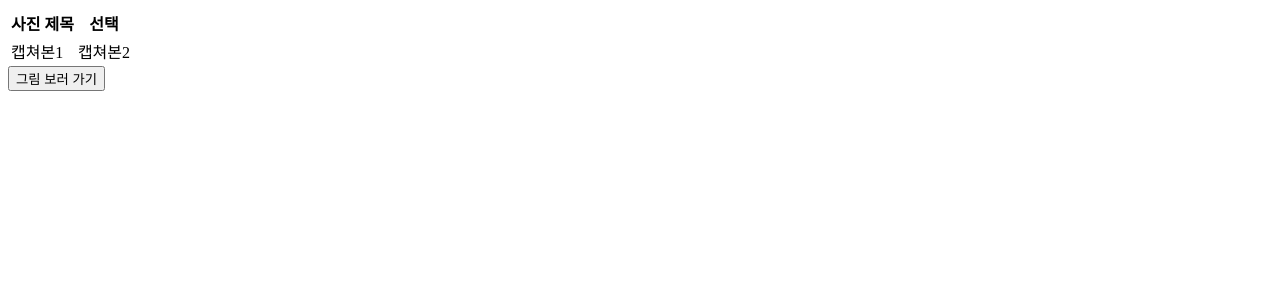
Repository: gowjd4419/jsp
Page: http://localhost/JSPBasic/jspobject/request/req_photo.jsp
The author's editor kept a copy of each file at every save. The page is drawn from the files as they stood at one save, then again after the next save.
The browser window is 1280 px wide. The pictures show the whole page.
The page is served by Tomcat 9.

Above is the page before, as saved 2022-03-25 11:46:17.

After the next save:
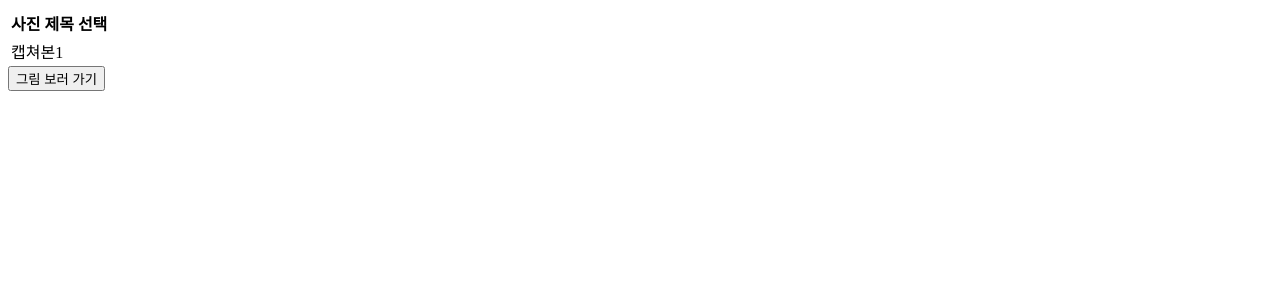
Saved 65 s later.
--- a/JSPBasic/src/main/webapp/jspobject/request/req_photo.jsp
+++ b/JSPBasic/src/main/webapp/jspobject/request/req_photo.jsp
@@ -17,14 +17,14 @@
     그림파일은 <img src="파일명(01.pang나 02.pang)">을 이용해 출력가능
     --%>
     <form action=http://localhost:8181/JSPBasic/jspobject/request/req_photo_result.jsp >
-    <table>
+    <table class= "table table dark">
       <tr>
         <th>사진 제목</th>
         <th>선택</th>
       </tr>
       <tr>
          <td>캡쳐본1</td>
-         <td>캡쳐본2</td>
+         <td></td>
       </tr>
     </table>
     <input type="submit" value="그림 보러 가기">
